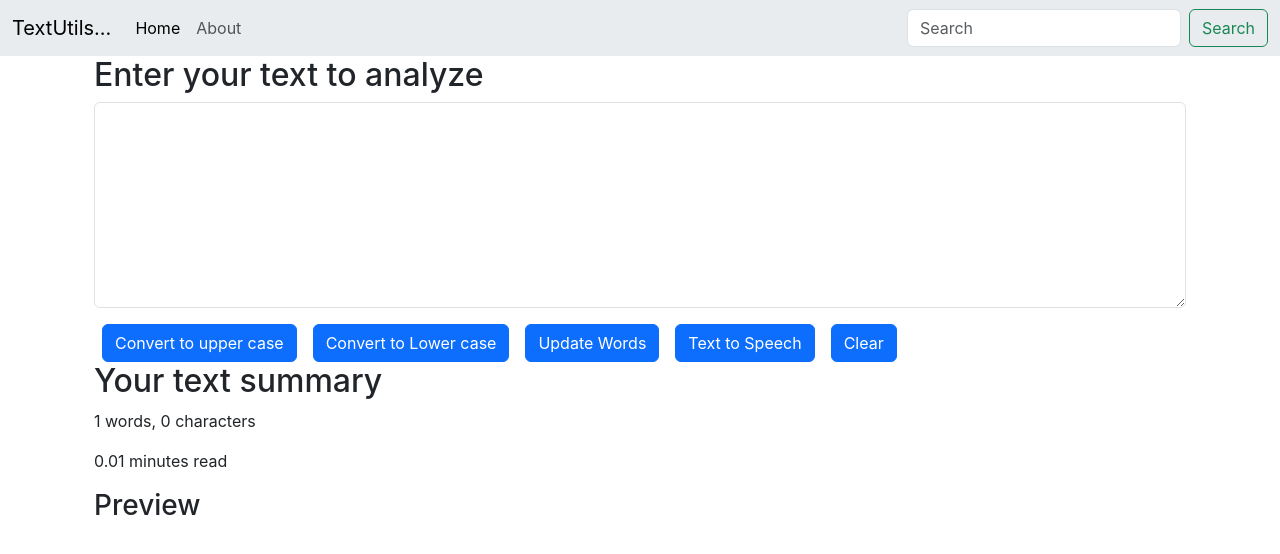
Repository: SujanNagaju/react-demo
Page: /
The author's editor kept a copy of each file at every save. The page is drawn from the files as they stood at one save, then again after a run of saves.
The browser window is 1280 px wide. The pictures show the whole page.
The project was rebuilt for these pictures with package versions that can differ from the ones it lists, and the page was loaded fresh each time. Also part of the build but not shown: src/App.css.

Above is the page before, as saved 2024-12-29 14:46:10.

After the next 2 saves:
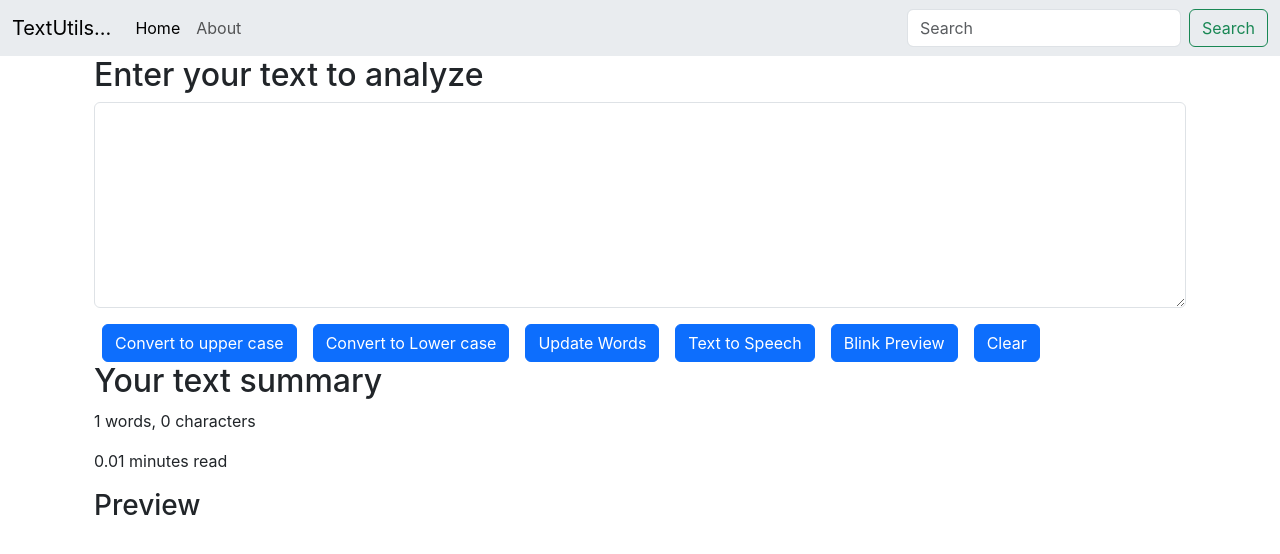
The 2 saves are shown as one change because 1 did not build or start.
The last was saved 2 min 16 s later.
--- a/src/components/TextForm.js
+++ b/src/components/TextForm.js
@@ -38,6 +38,14 @@
     window.speechSynthesis.speak(Speech);
   }
 
+  const handleBlinkPreviewClick =() =>{
+    const Speech = new SpeechSynthesisUtterance();
+    const message= document.getElementById("textBox").value;
+    Speech.lang='eng';
+    Speech.text= message;
+    window.speechSynthesis.speak(Speech);
+  }
+
   const [text, setText] = useState("");
   return (
     <>
@@ -50,6 +58,7 @@
           <button className="btn btn-primary mx-2" onClick={handleLowerClick}>Convert to Lower case</button>
           <button className="btn btn-primary mx-2" onClick={handleUpdateWordsClick}>Update Words</button>
           <button className="btn btn-primary mx-2" onClick={handleTextToSpeechClick}>Text to Speech</button>
+          <button className="btn btn-primary mx-2" onClick={handleBlinkPreviewClick}>Blink Preview</button>
           <button className="btn btn-primary mx-2" onClick={handleClearClick}>Clear</button>
       </div>
 
